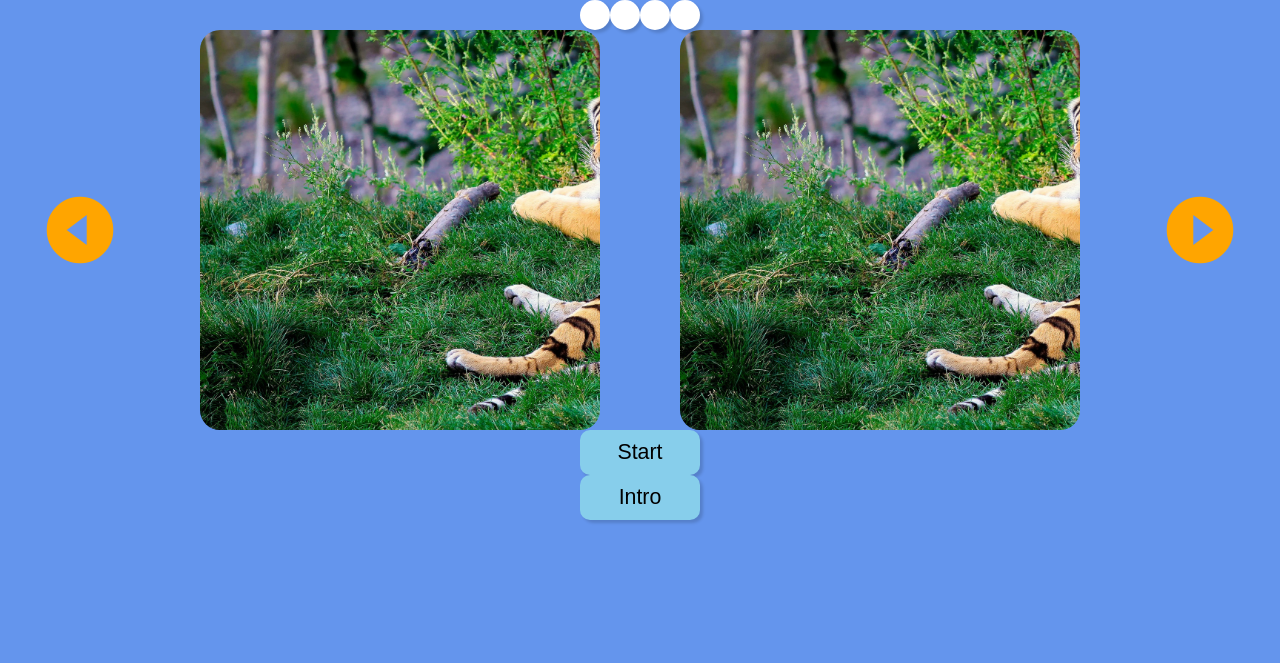
Repository: sylviaah/dynamicmidterm
Page: slider/slider.html
The author's editor kept a copy of each file at every save. The page is drawn from the files as they stood at one save, then again after the next save.
The browser window is 1280 px wide. The pictures show the whole page.

Above is the page before, as saved 2020-03-13 12:54:04.

### slider/slider.html
<!DOCTYPE html>
<html>
    <html>
        <title>Slider</title>
        <link rel="stylesheet" href="slider.css">
        <link href="https://fonts.googleapis.com/icon?family=Material+Icons" rel="stylesheet">
    </html>
    <body>
        <div class="slider">
            <div class="slider_progress">
                <div class="progress 25"></div>
                <div class="progress 50"></div>
                <div class="progress 75"></div>
                <div class="progress 100"></div>
            </div>
            <div class="slider_slider">
                <i class="material-icons arrow_left" onclick="previous()">play_circle_filled</i>
                <div class="image_div img1">
                    <img class="instructions_image" src="imgs/img1.jpg" alt="">
                </div>
                <div class="image_div img2">
                    <img class="instructions_image" src="imgs/img1.jpg" alt="">
                </div>
                <i class="material-icons arrow_right" onclick="next()">play_circle_filled</i>
            </div>
            <div class="slider_menu">
                <div class="menu_start">Start</div>
                <div class="menu_intro">Intro</div>
            </div>
        </div>
        <script src="slider.js"></script>
    </body>
</html>

### slider/slider.css
body,html {
    margin: 0;
    background-color: cornflowerblue;
}

.slider{
    position: fixed;
    width: 100vw;
    height: 100vh;
    display: flex;
    flex-direction: column;
    align-items: center;
}

.slider_progress{
    display: flex;
}

.slider_progress div{
    width: 30px;
    height: 30px;
    background-color: white;
    border-radius: 50%;
    box-shadow: 3px 3px 3px rgb(0, 0, 0, 0.15);
}

.slider_slider{
    display: flex;
    width: 100%;
    align-items: center;
    justify-content: space-around;
}

.material-icons.arrow_left {
    /* visibility: hidden; */
    transform: rotate(180deg);
    font-size: 80px;
    color: orange;
}

.material-icons.arrow_right {
    visibility: visible;
    color: orange;
    font-size: 80px;
}

.image_div{
    width: 400px;
    height: 400px;
    overflow: hidden;
    border-radius: 20px;
}

.image_div img{
    object-fit: cover;
    height: 400px;
}

.menu_start, .menu_intro{
    display: flex;
    width: 100px;
    justify-content: center;
    border-radius: 10px;
    padding: 10px 10px;
    background-color:skyblue;
    font-size: 16pt;
    font-family: Arial, Helvetica, sans-serif;
    box-shadow: 3px 3px 3px rgb(0, 0, 0, 0.15);
}

Loaded but not shown: slider/slider.js (no stored copy; drawn as an empty file)

After the next save:
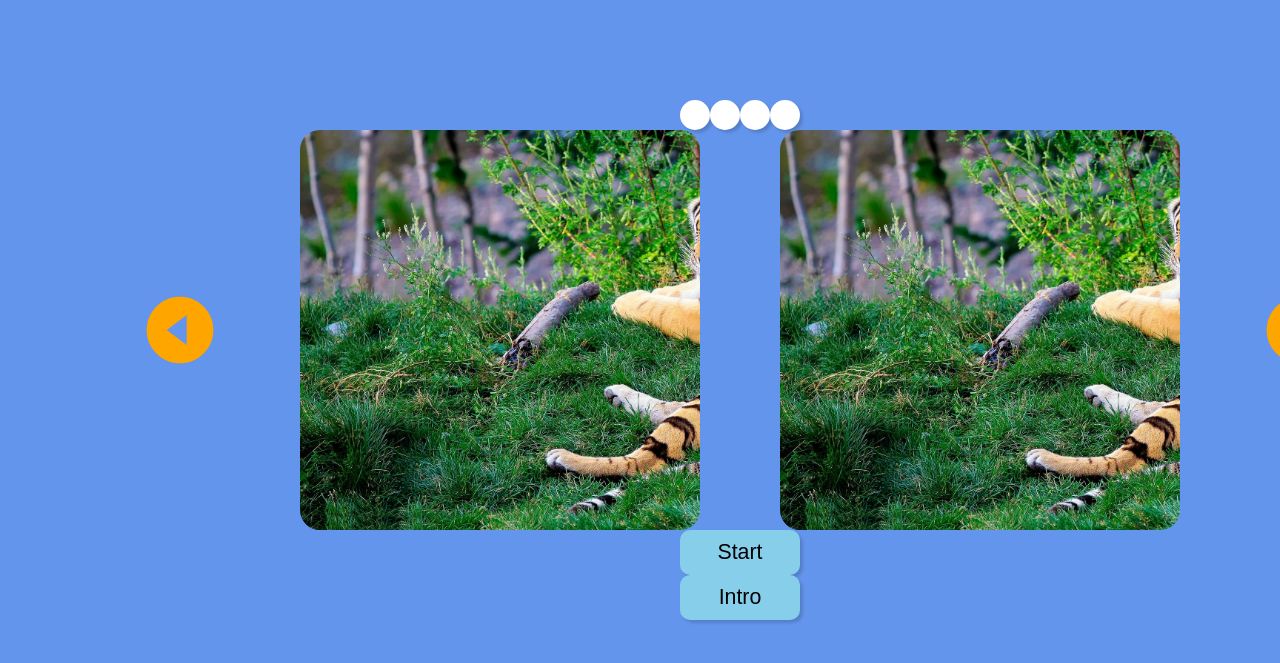
Saved 25 s later.
--- a/slider/slider.css
+++ b/slider/slider.css
@@ -4,6 +4,7 @@
 }
 
 .slider{
+    margin: 100px;
     position: fixed;
     width: 100vw;
     height: 100vh;

After the save that followed:
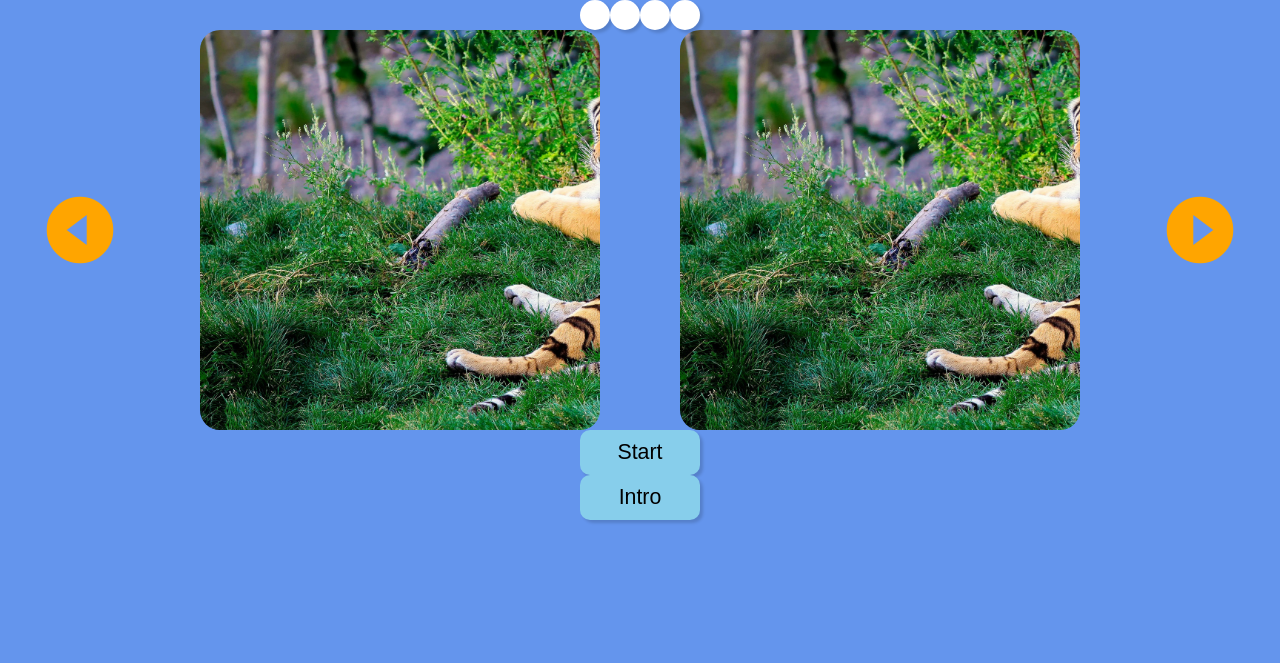
Saved 27 s later.
--- a/slider/slider.css
+++ b/slider/slider.css
@@ -4,7 +4,6 @@
 }
 
 .slider{
-    margin: 100px;
     position: fixed;
     width: 100vw;
     height: 100vh;
